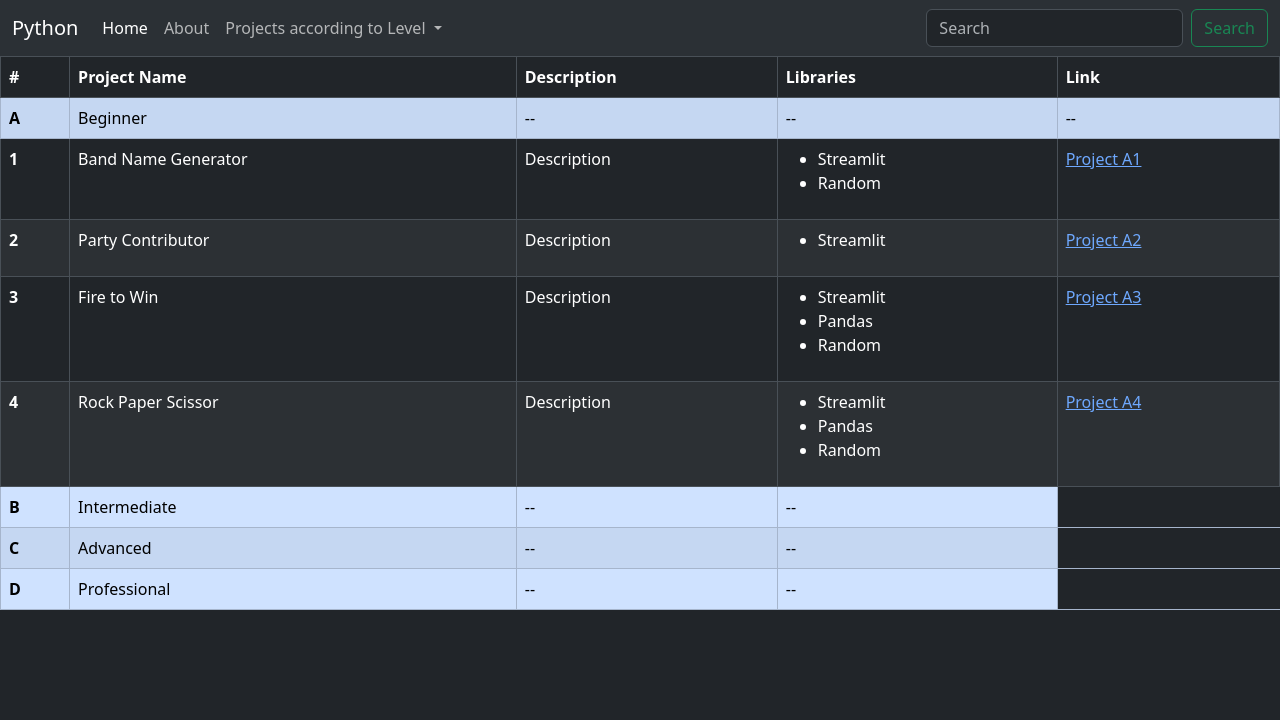
Repository: VictoriousMango/100-Python-Project
Page: index.html
These files come from the project's save history. The page is drawn as it stood at one moment and after the next save; the edit follows.
The browser window is 1280 px wide. The pictures show the whole page.

Above is the page before, as saved 2024-07-16 12:47:20.

After the next save:
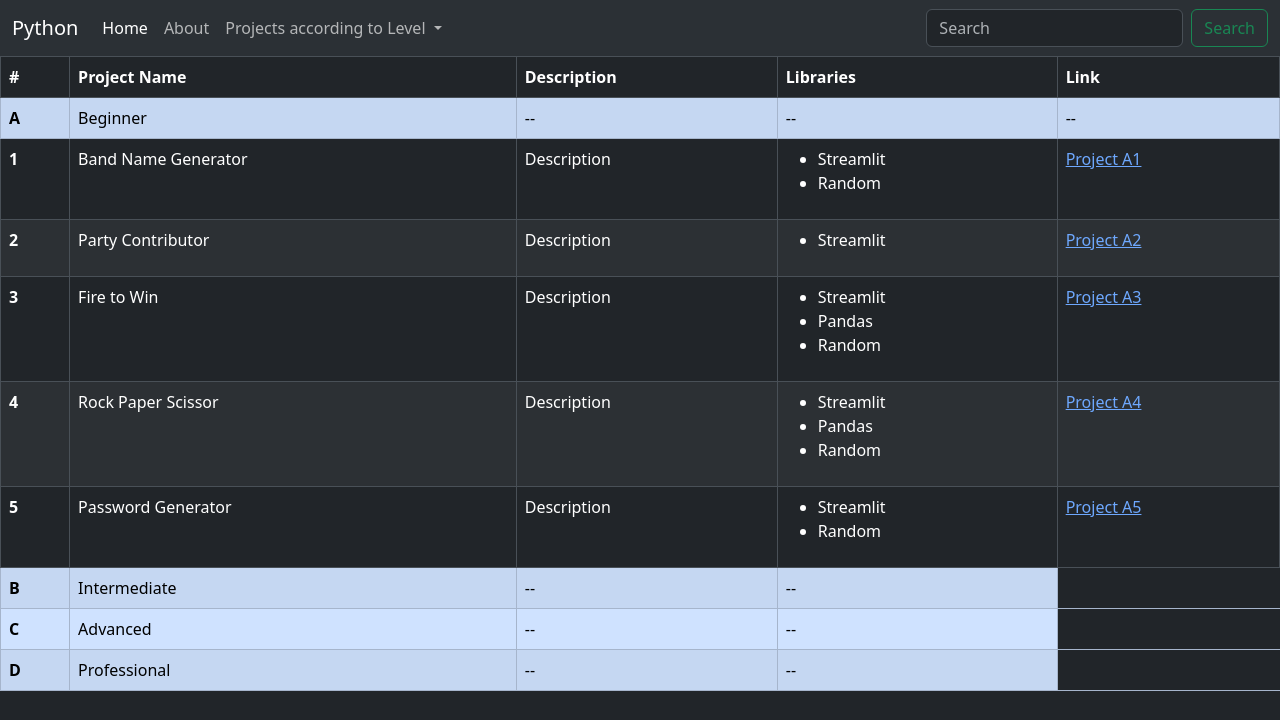
Saved 19 h 1 min later.
--- a/index.html
+++ b/index.html
@@ -114,6 +114,18 @@
               <a href="https://victoriousmango-100-python-project-home-python-scripts-li8dph.streamlit.app/RPS"  target="_blank">Project A4</a>
             </td>
           </tr>
+          <tr>
+            <th scope="row">5</th>
+            <td>Password Generator</td>
+            <td>Description</td>
+            <td><ul>
+              <li>Streamlit</li>
+              <li>Random</li>
+            </ul></td>
+            <td>
+              <a href="https://victoriousmango-100-python-project-home-python-scripts-li8dph.streamlit.app/Password_Generator"  target="_blank">Project A5</a>
+            </td>
+          </tr>
         </div>
 
         <!-- Intermediate Project Links -->
